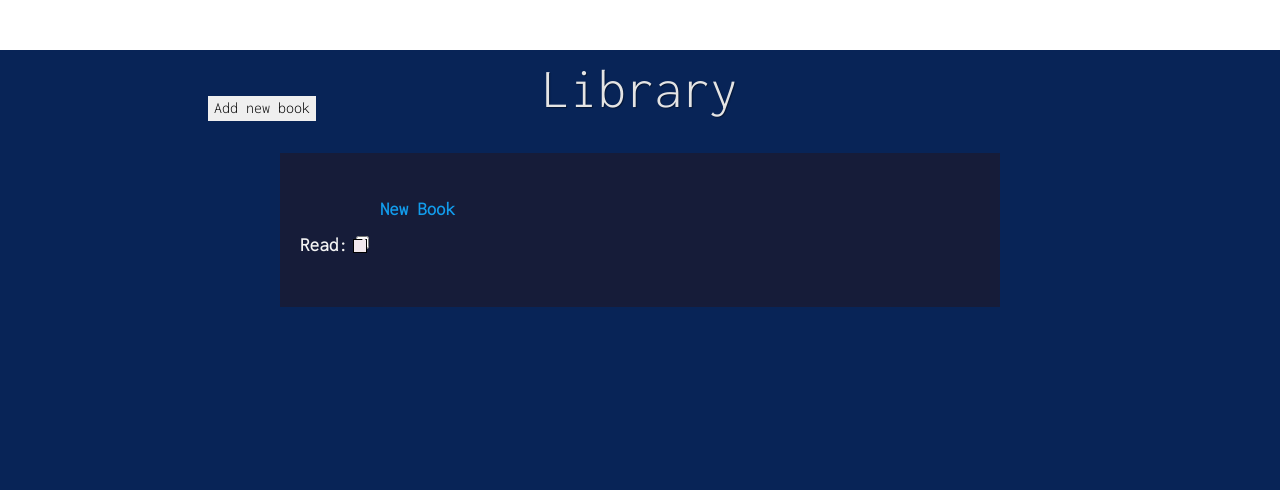
Repository: 0101chaitanya/Library
Page: index.html
An editor plug-in stored every save of this project. The page is shown before and after the next save, followed by the edit.
The browser window is 1280 px wide. The pictures show the whole page.

Above is the page before, as saved 2021-06-03 18:12:00.

### index.html
<!DOCTYPE html>
<html>

<head>
    <meta charset="UTF-8">
    <link rel="stylesheet" type="text/css" href="styles.css">

</head>
<div id="container">

</div>

<body>
    <script type="text/javascript" src="script.js"></script>

</body>

</html>

### styles.css
  @import url('https://fonts.googleapis.com/css2?family=Inconsolata:wght@300&display=swap');
   :root {
      --color-white: #f3f3f3;
      --color-darkblue-alpha: rgba(27, 27, 50, 0.8);
      --color-green: #082457;
  }

  *,
  *::before,
  *::after {
      box-sizing: border-box;
  }

  body {
      font-family: 'Inconsolata', monospace;
      font-size: 1rem;
      font-weight: 1000;
      line-height: 1.4;
      color: var(--color-white);
      margin: 0;
  }

  body::before {
      content: '';
      position: fixed;
      height: 100%;
      width: 100%;
      z-index: -1;
      background: var(--color-green);
  }

  header {
      font-weight: 400;
      font-size: 3.5rem;
      margin-top: 0rem;
      text-shadow: 1px 1px 1px rgba(0, 0, 0, 0.4);
      color: #e4e4e4;
      text-align: center;
  }

  label {
      display: flex;
      align-items: center;
      font-size: 1.2rem;
  }

  input,
  button {
      margin: 0;
      font-size: inherit;
      font-family: inherit;
      line-height: inherit;
  }

  button {
      border: none;
  }

  #container {
      width: 100%;
      margin: 3.125rem auto 0 auto;
  }

  @media (min-width: 576px) {
      #container {
          max-width: 540px;
      }
  }

  @media (min-width: 768px) {
      #container {
          max-width: 720px;
      }
  }
  /*
  @media (max-width: 400px) {
       :root {
          font-size: 7px;
      }
  }

  @media (min-width: 401px) and (max-width: 799px) {
       :root {
          font-size: 16px;
      }
  }

  @media (min-width: 800px) {
       :root {
          font-size: 24px;
      }
  }

  @media (min-width: 1000px) {
       :root {
          font-size: 26px;
      }
  }
   */

  #newBookButton {
      position: relative;
      left: 20%;
      top: -2rem;
      left: -4.5rem;
  }

  form {
      background: var(--color-darkblue-alpha);
      padding: 2.5rem 6.25rem;
  }

  h3 {
      position: relative;
      margin-left: 0;
      top: -1rem;
      color: rgb(18, 156, 236);
  }

  #author {
      position: relative;
      margin-bottom: 0.2rem;
      top: -1.5rem;
      left: -0.3rem;
      max-width: fit-content;
  }

  #title,
  #pages {
      position: relative;
      margin-bottom: 0.2rem;
      max-width: auto;
      top: -1.5rem;
  }

  #url {
      position: relative;
      margin-bottom: 0.2rem;
      left: 0.8rem;
      max-width: auto;
      top: -1.5rem;
  }

  #read {
      position: relative;
      margin-bottom: 0.2rem;
      right: 5.0rem;
      top: -1.5rem;
      margin-bottom: -1rem;
  }

  #authorInput {
      position: relative;
      right: -0.70rem;
      max-width: 58.0%;
  }

  #titleInput,
  #pagesInput {
      position: relative;
      right: -0.7rem;
      max-width: 60%;
  }

  #urlInput {
      position: relative;
      right: -0.7rem;
      max-width: 65.5%;
  }

  #readInput {
      position: relative;
      right: -0.5rem;
      margin-bottom: 0.4rem;
  }

  .checkMark {
      position: relative;
      display: inline-flex;
      justify-content: center;
      align-items: center;
      left: -0.5rem;
      height: 0.9rem;
      width: 0.9rem;
      border-color: black;
      border-style: solid;
      border-width: 0.01rem;
      color: rgb(241, 232, 237);
      background: rgb(241, 232, 237);
  }

  #readInput:checked~.checkMark {
      color: rgb(26, 28, 43);
      background: rgb(235, 225, 230);
  }

### script.js
let heading = document.createElement("header");
heading.textContent = 'Library';
container = document.getElementById("container");
container.appendChild(heading);
let newBook = document.createElement('button');
newBook.id = 'newBookButton';
newBook.textContent = 'Add new book';
container.appendChild(newBook);
let form = document.createElement('form');
h3 = document.createElement('h3');
form.appendChild(h3);

function createElmt(labelName, labelId, tipe, labelTextContent, inputId, inpId, req, place, checkMk) {
    formGroup = document.createElement('div');
    formGroup.classList.add('formGroup');
    labelName = document.createElement('label');
    labelName.textContent = labelTextContent;
    labelName.id = labelId;
    labelName.htmlFor = inputId;
    inputId = document.createElement('input');
    inputId.type = tipe;
    inputId.id = inpId;
    inputId.required = req;
    inputId.placeholder = place;
    if (inputId.type == 'text') {
        inputId.classList.add('textBox');
    }
    labelName.appendChild(inputId);
    if (checkMk == 'read') {
        let span = document.createElement('span');
        span.className = 'checkMark';
        span.innerHTML = '&#10003';


        labelName.appendChild(span);
        formGroup.appendChild(labelName);
    }
    form.appendChild(formGroup);
}
h3.textContent = `New Book`;
createElmt('author', 'author', 'text', 'Author:', 'authorInput', 'authorInput', true, 'Enter name of author');
createElmt('title', 'title', 'text', 'Title:', 'titleInput', 'titleInput', true, 'Enter title of the book');
createElmt('pages', 'pages', 'number', 'Pages:', 'pagesInput', 'pagesInput', true, 'Enter the number of pages');
createElmt('url', 'url', 'text', 'Url:', 'urlInput', 'urlInput', false, 'Enter reference url');

createElmt('read', 'read', 'checkbox', 'Read:', 'readInput', 'readInput', false, null, 'read');
console.log('author'.id);

container.appendChild(form);
/*
let author = document.createElement('label');
author.textContent = 'Author :';
author.htmlFor = 'authorInput';
let authorInput = document.createElement('input');
authorInput.id = 'authorInput';
author.appendChild(authorInput);
document.body.appendChild(author);
 */


function setBookObj(author, title, pages, readStatus, refUrl) {
    this.author = author;
    this.title = title;
    this.pages = pages;
    this.readStatus = readStatus;
    this.refUrl = refUrl;
}

After the next save:
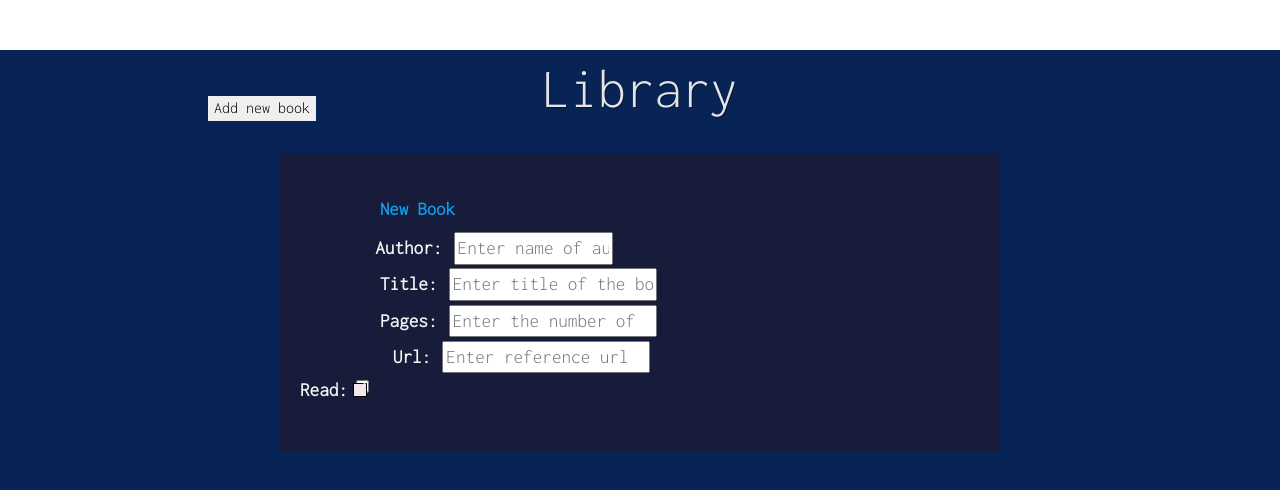
Saved 2 min 17 s later.
--- a/script.js
+++ b/script.js
@@ -33,8 +33,9 @@ function createElmt(labelName, labelId, tipe, labelTextContent, inputId, inpId,
 
 
         labelName.appendChild(span);
-        formGroup.appendChild(labelName);
     }
+    formGroup.appendChild(labelName);
+
     form.appendChild(formGroup);
 }
 h3.textContent = `New Book`;
